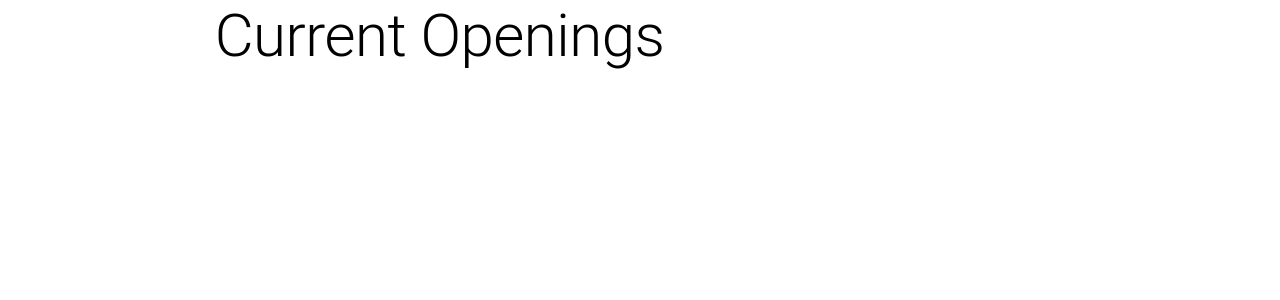
Repository: samihankuttan/technorix
Page: / (app in interview-test/)
These files come from the project's save history. The page is drawn as it stood at one moment and after the next save; the edit follows.
The browser window is 1280 px wide. The pictures show the whole page.
The project was rebuilt for these pictures with package versions that can differ from the ones it lists, and the page was loaded fresh each time. Also part of the build but not shown: interview-test/src/App.css.

Above is the page before, as saved 2022-07-20 22:37:08.

### interview-test/src/App.js
import './App.css';
import {Box,Grid,Typography} from '@mui/material';

function App() {
  return (
    <>
      <Box sx={{ flexGrow: 1 }}>
        <Grid container spacing={1}>
          <Grid item xs={12} sm={12} md={2} lg={2}></Grid>
          <Grid item xs={12} sm={12} md={8} lg={8}>

            <Grid container spacing={1}>
              <Grid item xs={12} sm={12} md={12} lg={12}>
                <Typography variant="h2" gutterBottom component="div">
                  Current Openings
                </Typography>
              </Grid>
            </Grid>


          </Grid>
          <Grid item xs={12} sm={12} md={2} lg={2}></Grid>
        </Grid>
      </Box>
    </>
  );
}

export default App;

Loaded but not shown: interview-test/public/index.html (common file); interview-test/src/index.js (common file); interview-test/src/index.css (common file); interview-test/src/reportWebVitals.js (common file)

After the next save:
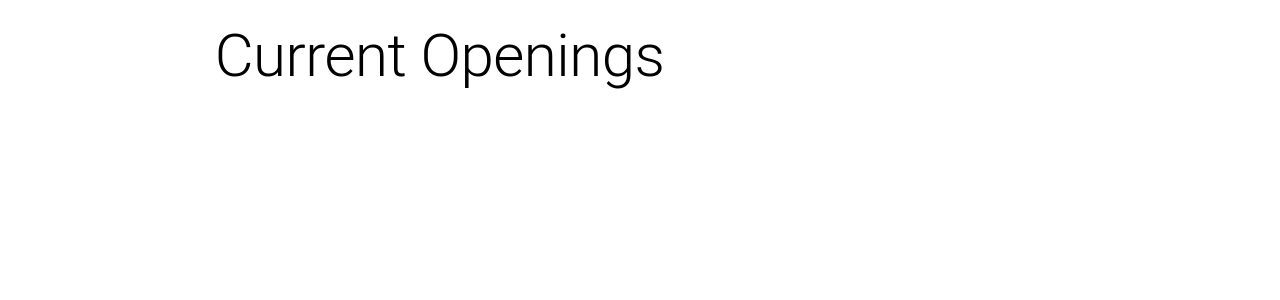
Saved 22 s later.
--- a/interview-test/src/App.js
+++ b/interview-test/src/App.js
@@ -8,7 +8,7 @@ function App() {
         <Grid container spacing={1}>
           <Grid item xs={12} sm={12} md={2} lg={2}></Grid>
           <Grid item xs={12} sm={12} md={8} lg={8}>
-
+            <div style={{height:20}}>&nbsp;</div>
             <Grid container spacing={1}>
               <Grid item xs={12} sm={12} md={12} lg={12}>
                 <Typography variant="h2" gutterBottom component="div">
